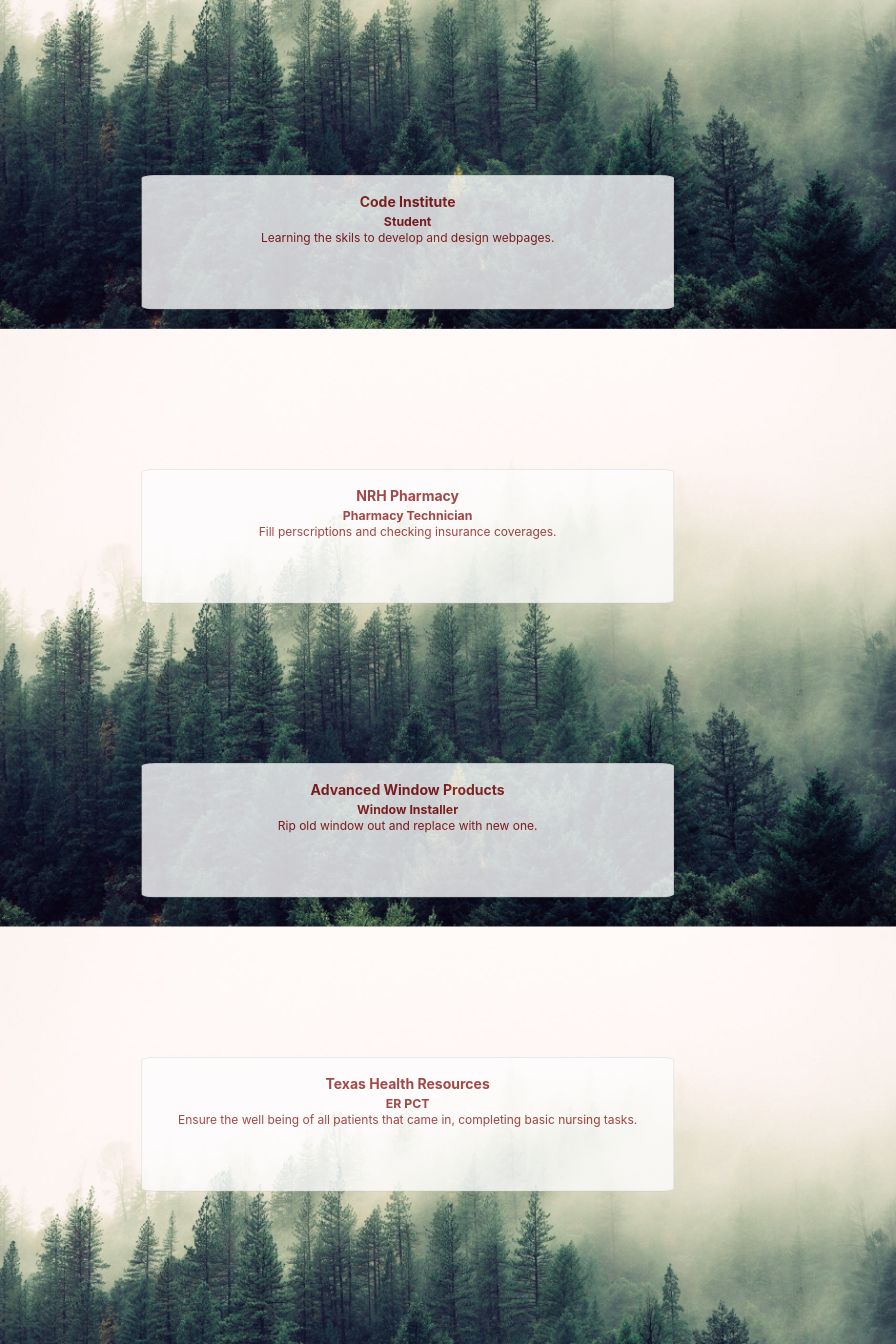
Repository: sshields9591/user-centric-project
Page: index.html
The author's editor kept a record of every edit. The page is drawn from the files as they stood at one moment, then again after the next edit.
The browser window is 1280 px wide. The pictures show the part of the page from y = 1570 to 3490 px (the page is 5307 px tall before and 5366 px after), at 70% of full size.
Backgrounds fixed to the window are drawn as part of the page. Some web libraries are served in a nearby version.

Above is the page before.

After the next edit:
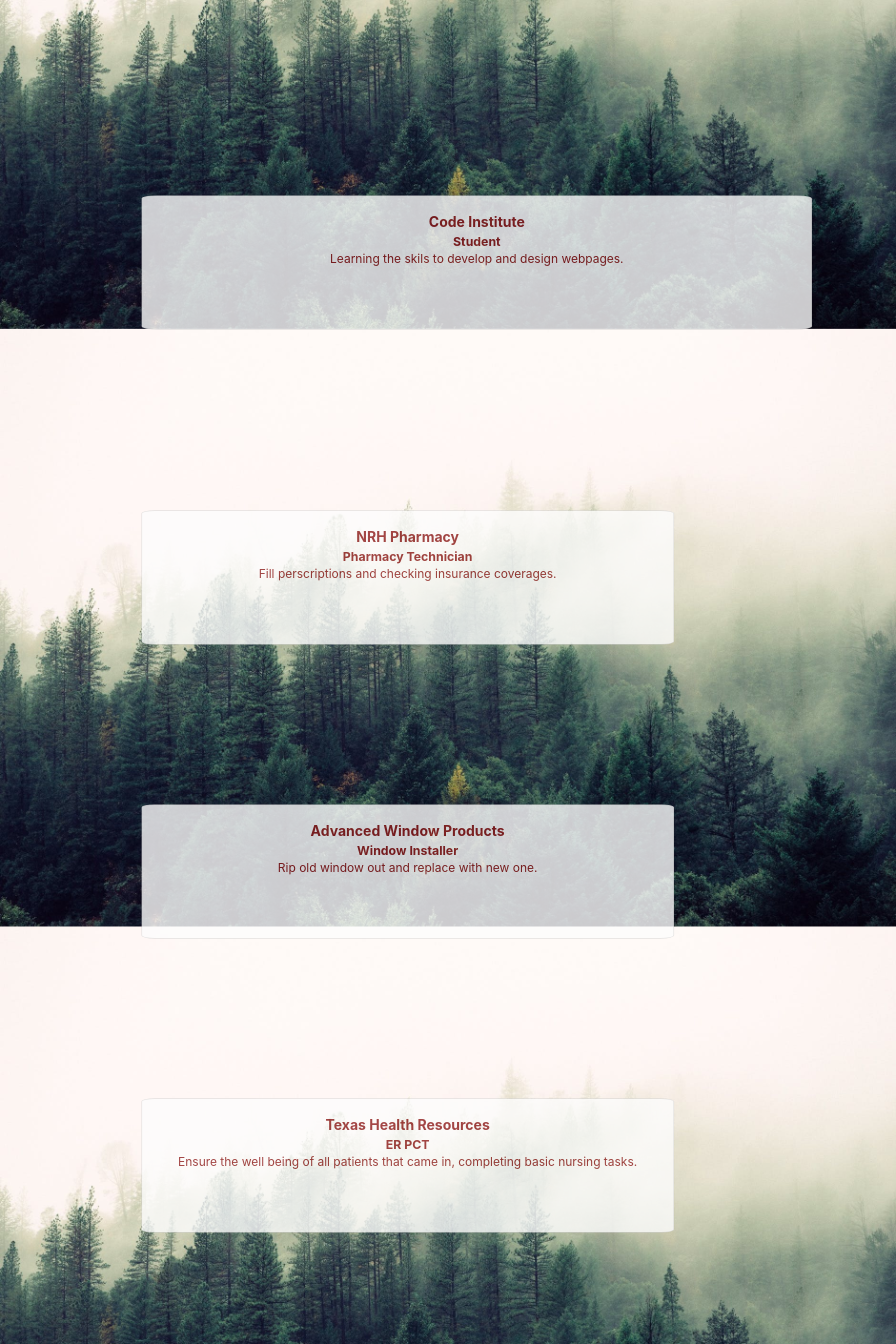
The edit:
--- a/index.html
+++ b/index.html
@@ -94,7 +94,7 @@
                     </div>
                 </div>
             </div>
-            <div class="col col-md-8 project-cards">
+            <div class="col col-md-10 project-cards">
                 <div class="card">
                     <div class="card-body">
                         <h5 class="card-title">Code Institute</h5>
